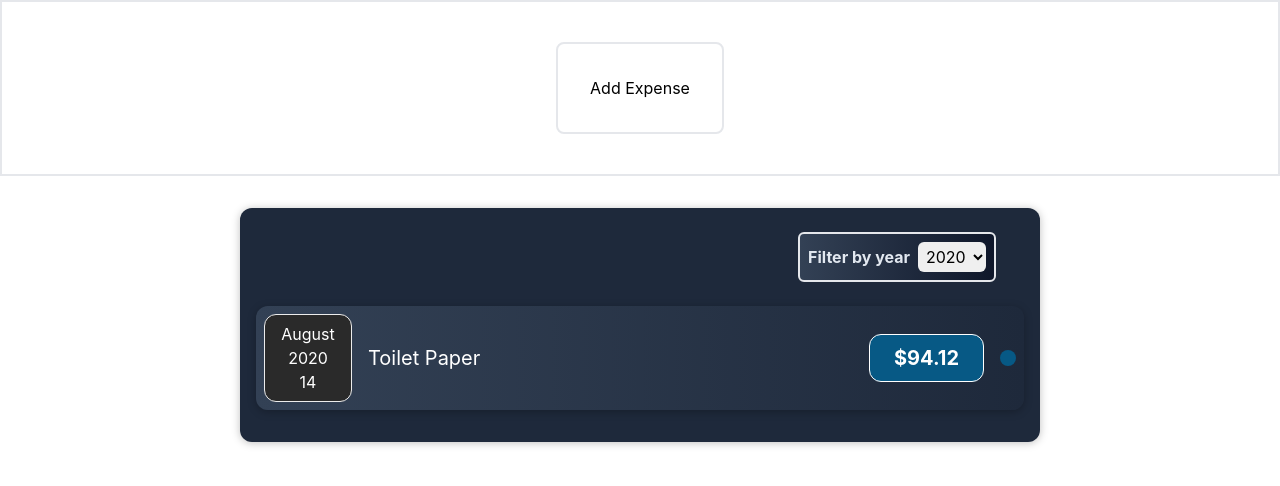
Repository: Sef24/expense-tracker
Page: /
These files come from the project's save history. The page is drawn as it stood at one moment and after the next save; the edit follows.
The browser window is 1280 px wide. The pictures show the whole page.
The project was rebuilt for these pictures with package versions that can differ from the ones it lists, and the page was loaded fresh each time. Also part of the build but not shown: src/components/NewExpense/NewExpense.css, src/components/NewExpense/ExpenseForm.css, src/components/NewExpense/ExpenseForm.js.

Above is the page before, as saved 2022-05-03 16:32:43.

After the next save:
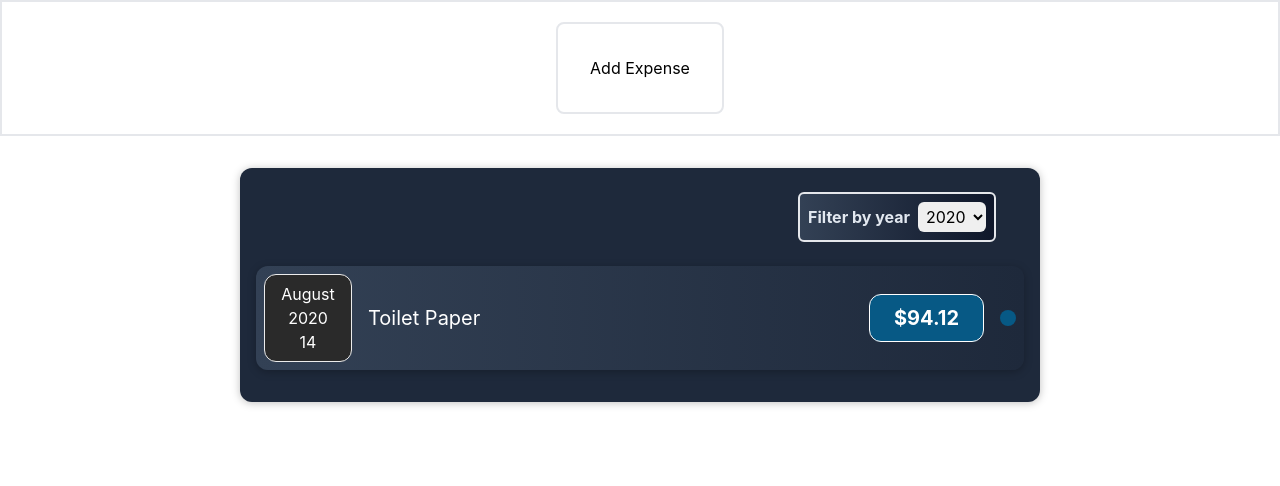
Saved 5 s later.
--- a/src/components/NewExpense/NewExpense.js
+++ b/src/components/NewExpense/NewExpense.js
@@ -25,7 +25,7 @@ function NewExpense(props) {
   };
 
   return (
-    <div className="flex w-full p-10 items-center justify-center border-2">
+    <div className="flex w-full p-5 items-center justify-center border-2">
       {!isEditing && (
         <button
           onClick={startEditingHandler}
